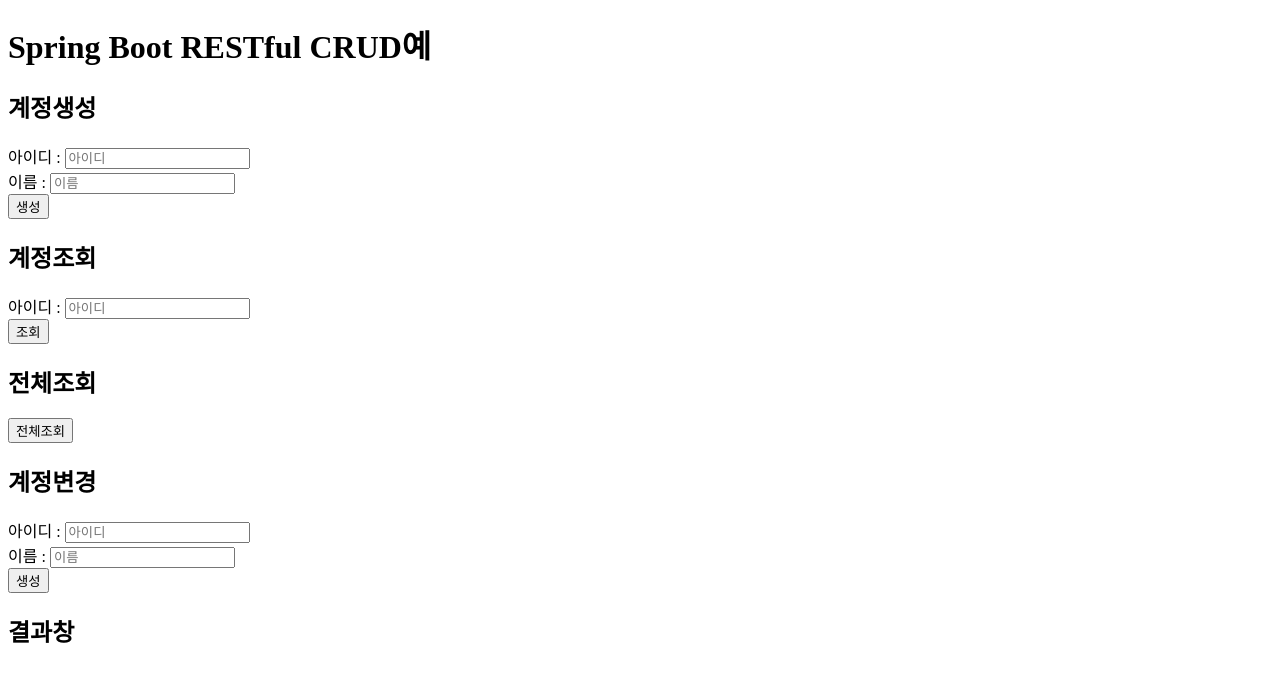
Repository: audghk/sist_boot
Page: http://localhost/member_restful/WEB-INF/views/index.jsp
These files come from the project's save history. The page is drawn as it stood at one moment and after the next save; the edit follows.
The browser window is 1280 px wide. The pictures show the whole page.
The page is served by Tomcat 9. Nobody is signed in. Other server files are loaded and not shown. The template is opened directly, without the code that normally fills it, so the values that code supplies are empty.

Above is the page before, as saved 2024-06-21 05:46:38.

### member_restful/src/main/webapp/WEB-INF/views/index.jsp
<%@ page language="java" contentType="text/html; charset=UTF-8"
    pageEncoding="UTF-8" isELIgnored="true"%>
<!DOCTYPE html>
<html>
<head>
<meta charset="UTF-8">
<title>Insert title here</title>
<script src="https://ajax.googleapis.com/ajax/libs/jquery/2.2.4/jquery.min.js"></script>
<script type="text/javascript">
	$(function(){

		$("#createUserBtn").click(function(){//계정 생성
			var userId=$("#newUserId").val();
			var name=$("#name").val();
			$.ajax({
				url:"/api/users",
				type: "POST",//@PostMapping
				data: {userId : userId, name : name},
				dataType:"JSON",
				error:function(xhr){
					alert(xhr.status);
				},
				success: function(jsonObj){
					$("#output").html(jsonObj.msg);
				}
			});//ajax
		});//click
		$("#getUserBtn").click(function(){//계정조회
			var userId=$("#userId").val();
			$.ajax({
				url:`/api/users/${userId}`,
				type: "GET",//@GetMapping({userId})
				dataType:"JSON",
				error:function(xhr){
					alert(xhr.status);
				},
				success: function(jsonObj){
					output="검색된 결과 없음";
					if(jsonObj.flag){
						output=`${userId}님의 검색 결과 ${jsonObj.name}`;
					}
					$("#output").html(output);
				}
			});//ajax
		});//click
		$("#getAllUserBtn").click(function(){//계정조회
			var userId="all";
			$.ajax({
				url:`/api/users/${userId}`,
				type: "GET",//@GetMapping({userId})
				dataType:"JSON",
				error:function(xhr){
					alert(xhr.status);
				},
				success: function(jsonObj){
					output="<table><tr><th style='width:100px'>아이디</th><th style='width:300px'>이름</th></tr>";
					if(jsonObj.flag){
						$.each(jsonObj.data,function(i,jsonTemp){
						output+=`<tr><td>${jsonTemp.userId}</td><td>${jsonTemp.name}</td></tr>`;
						});//end each
					}//end if
					if(!jsonObj.flag){
						output+=`<tr><td colspan="2">회원 정보가 존재하지 않습니다.</td></tr>`;
					}//end if
					output+="</table>";
					$("#output").html(output);
				}
			});//ajax
		});//click

	});//ready
</script>
</head>
<body>
<h1>Spring Boot RESTful CRUD예</h1>
<h2>계정생성</h2>
아이디 : <input type="text" id="newUserId" placeholder="아이디"/><br/>
이름 : <input type="text" id="name" placeholder="이름"/><br/>
<input type="button" id="createUserBtn" value="생성"/><br/>
<h2>계정조회</h2>
아이디 : <input type="text" id="userId" placeholder="아이디"/><br/>
<input type="button" id="getUserBtn" value="조회"/><br/>
<h2>전체조회</h2>
<input type="button" id="getAllUserBtn" value="전체조회"/><br/>
<h2>계정변경</h2>
아이디 : <input type="text" id="updateUserId" placeholder="아이디"/><br/>
이름 : <input type="text" id="newName" placeholder="이름"/><br/>
<input type="button" id="createUserBtn" value="생성"/><br/>

<div>
<h2>결과창</h2>
<div id="output"></div>
</div>
</body>
</html>

After the next save:
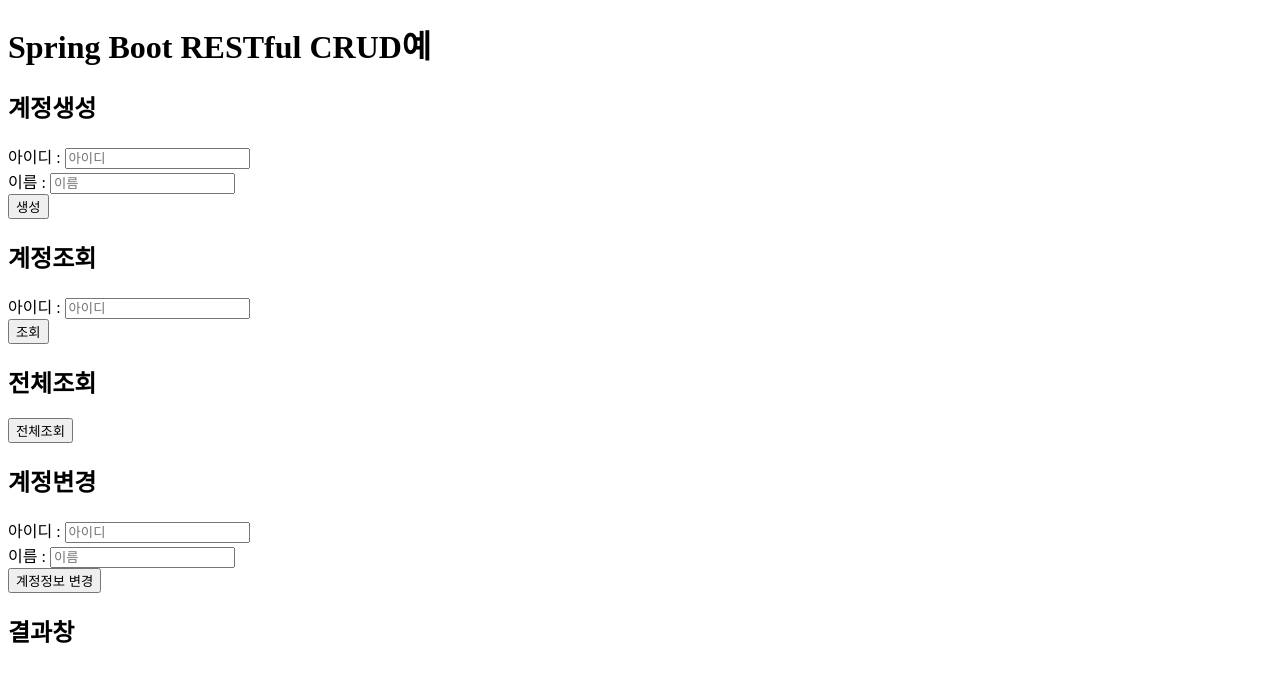
Saved 31 s later.
--- a/member_restful/src/main/webapp/WEB-INF/views/index.jsp
+++ b/member_restful/src/main/webapp/WEB-INF/views/index.jsp
@@ -85,7 +85,7 @@
 <h2>계정변경</h2>
 아이디 : <input type="text" id="updateUserId" placeholder="아이디"/><br/>
 이름 : <input type="text" id="newName" placeholder="이름"/><br/>
-<input type="button" id="createUserBtn" value="생성"/><br/>
+<input type="button" id="updateUserBtn" value="계정정보 변경"/><br/>
 
 <div>
 <h2>결과창</h2>
